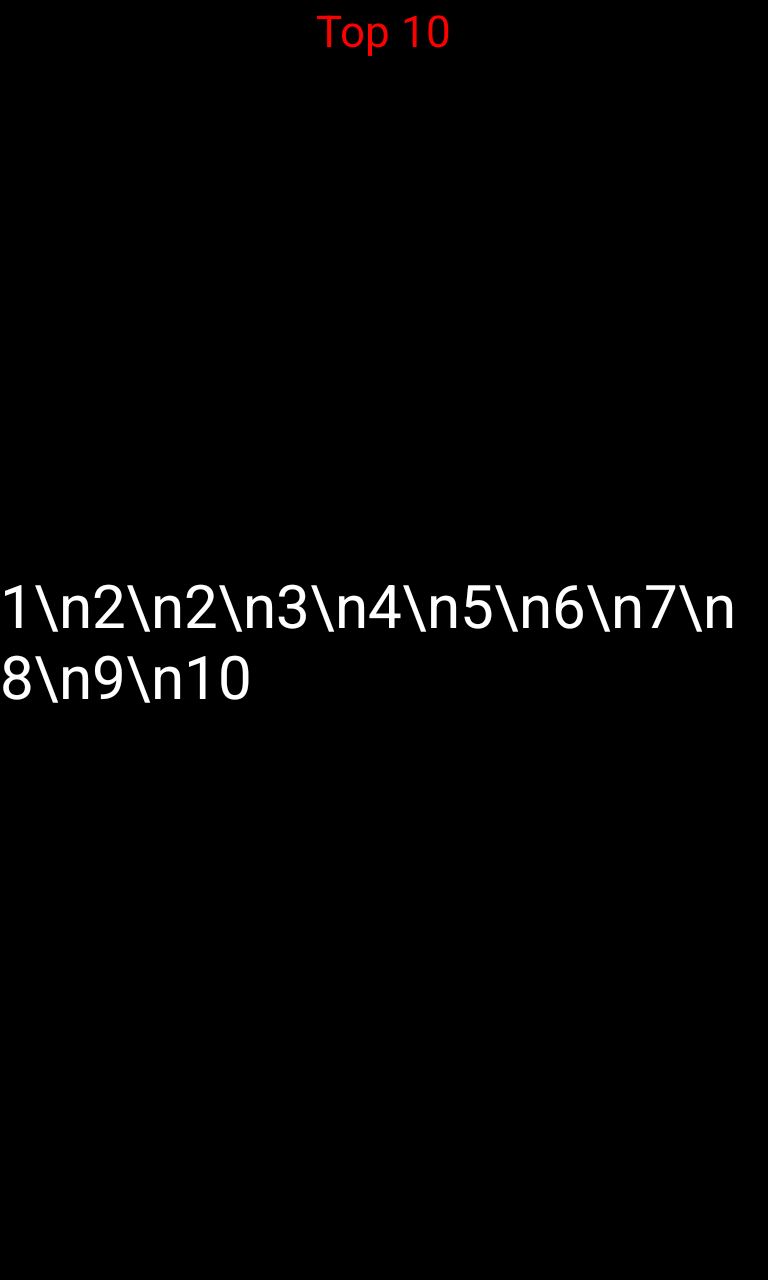
Repository: tofuninja/Rotate
Layout: Rotate/res/layout/high_score_screen.xml
These files come from the project's save history. The layout is drawn as it stood at one moment and after the next save; the edit follows.
It is drawn on a 768 x 1280 px phone screen (xhdpi) without system bars, with theme android:Theme.NoTitleBar.Fullscreen; the app's code is not run.

Above is the layout before, as saved 2014-05-03 12:34:03.

### Rotate/res/layout/high_score_screen.xml
<?xml version="1.0" encoding="utf-8"?>
<FrameLayout xmlns:android="http://schemas.android.com/apk/res/android"
    android:layout_width="match_parent"
    android:layout_height="match_parent" >

    <RelativeLayout
        android:layout_width="match_parent"
        android:layout_height="match_parent" >

        <TextView
            android:id="@+id/textView1"
            android:layout_width="wrap_content"
            android:layout_height="wrap_content"
            android:layout_alignParentTop="true"
            android:layout_centerHorizontal="true"
            android:text="Top 10"
            android:textAppearance="?android:attr/textAppearanceLarge"
            android:textColor="#ff0000" />

        <TextView
            android:id="@+id/textView2"
            android:layout_width="wrap_content"
            android:layout_height="wrap_content"
            android:layout_centerHorizontal="true"
            android:layout_centerVertical="true"
            android:text="1\n2\n2\n3\n4\n5\n6\n7\n8\n9\n10"
            android:textAppearance="?android:attr/textAppearanceMedium"
            android:textSize="30sp" />

    </RelativeLayout>

</FrameLayout>

After the next save:
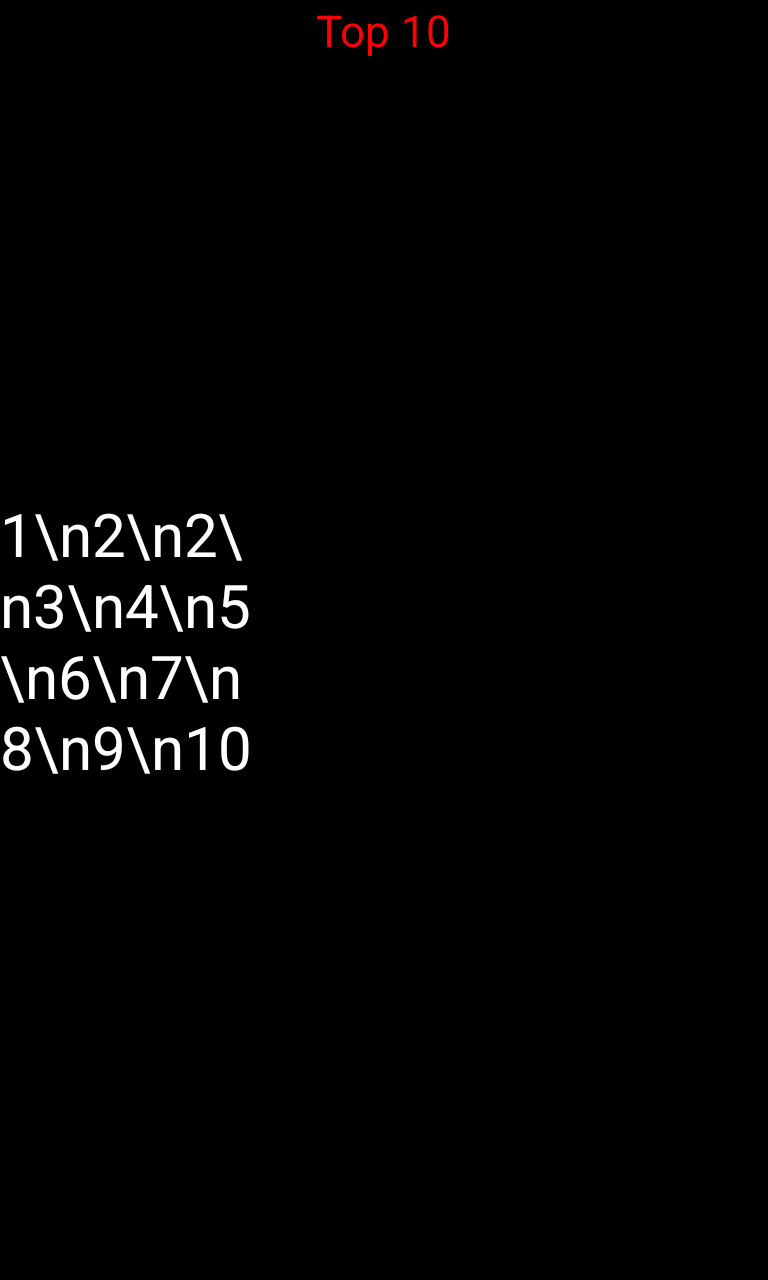
Saved 53 s later.
--- a/Rotate/res/layout/high_score_screen.xml
+++ b/Rotate/res/layout/high_score_screen.xml
@@ -21,8 +21,9 @@
             android:id="@+id/textView2"
             android:layout_width="wrap_content"
             android:layout_height="wrap_content"
-            android:layout_centerHorizontal="true"
             android:layout_centerVertical="true"
+            android:layout_marginRight="30dp"
+            android:layout_toLeftOf="@+id/textView1"
             android:text="1\n2\n2\n3\n4\n5\n6\n7\n8\n9\n10"
             android:textAppearance="?android:attr/textAppearanceMedium"
             android:textSize="30sp" />
